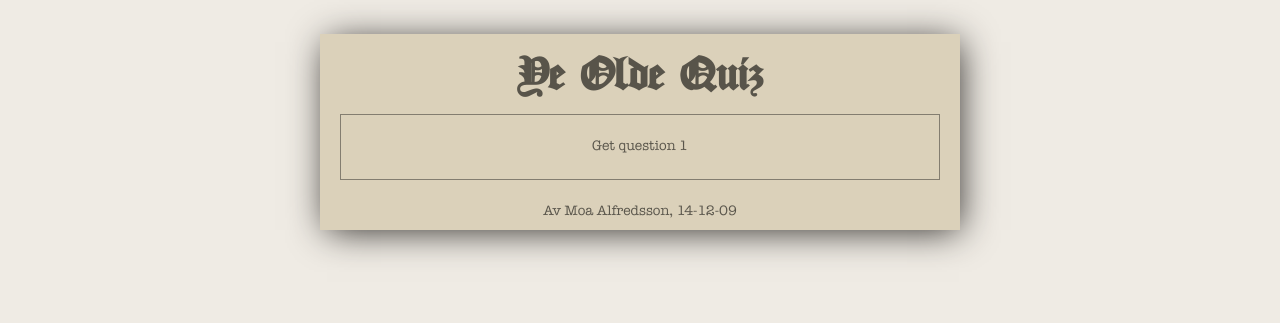
Repository: ma223md/1dv403-laborationer
Page: 4-thequiz/index.html
The author's editor kept a record of every edit. The page is drawn from the files as they stood at one moment, then again after the next edit.
The browser window is 1280 px wide. The pictures show the whole page.

Above is the page before.
Console error: SyntaxError: Unexpected token '}'

After the next edit:
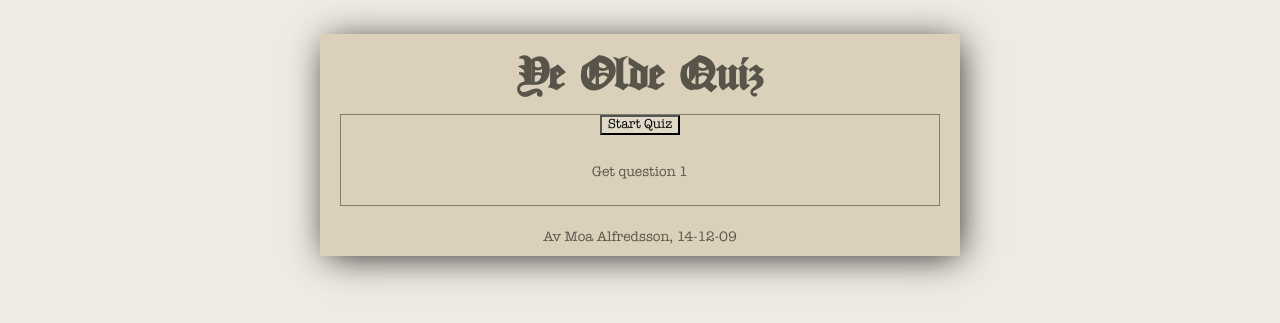
The error is gone.
The edit:
--- a/4-thequiz/js/quiz.js
+++ b/4-thequiz/js/quiz.js
@@ -42,7 +42,6 @@
 
         // xhr.open("GET", "http://vhost3.lnu.se:20080/question/321")
         // xhr.send(null);
-};
 
 
 // create quiz
